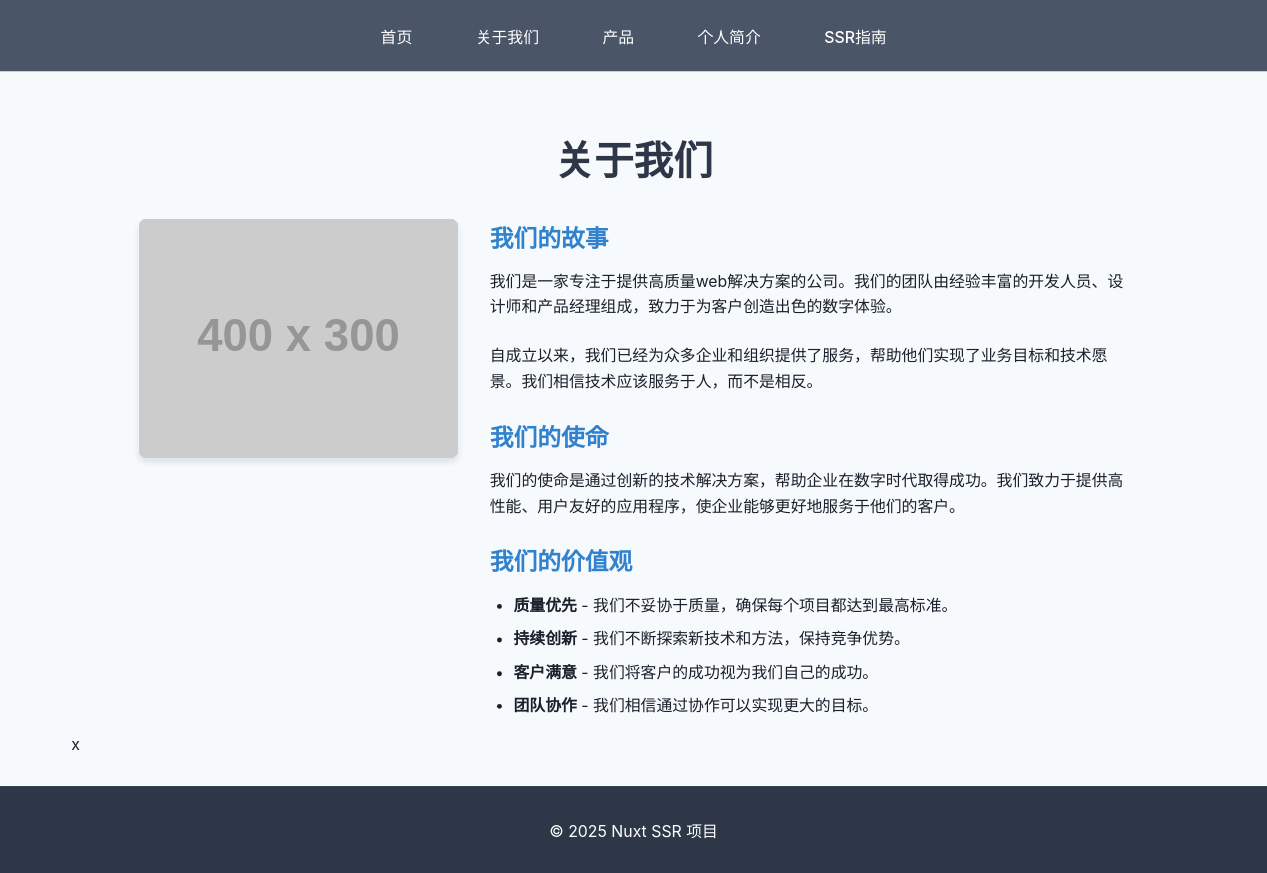
Repository: Bovia/about-me
Page: /about
These files come from the project's save history. The page is drawn as it stood at one moment and after the next save; the edit follows.
The browser window is 1280 px wide. The pictures show the whole page, at 99% of full size.
The project was rebuilt for these pictures with package versions that can differ from the ones it lists, and the page was loaded fresh each time. The framework's server and built-in components were replaced by stand-ins that run in the browser. Also part of the build but not shown: nuxt.config.ts, components/AnimatedSkillTag.vue, components/AnimationShowcase.vue, components/CertificateModal.vue, components/ContactForm.vue, components/FloatingParticles.vue, components/GitHubShowcase.vue, components/GlassNavbar.vue and 6 more.

Above is the page before, as saved 2025-06-30 13:29:58.

After the next save:
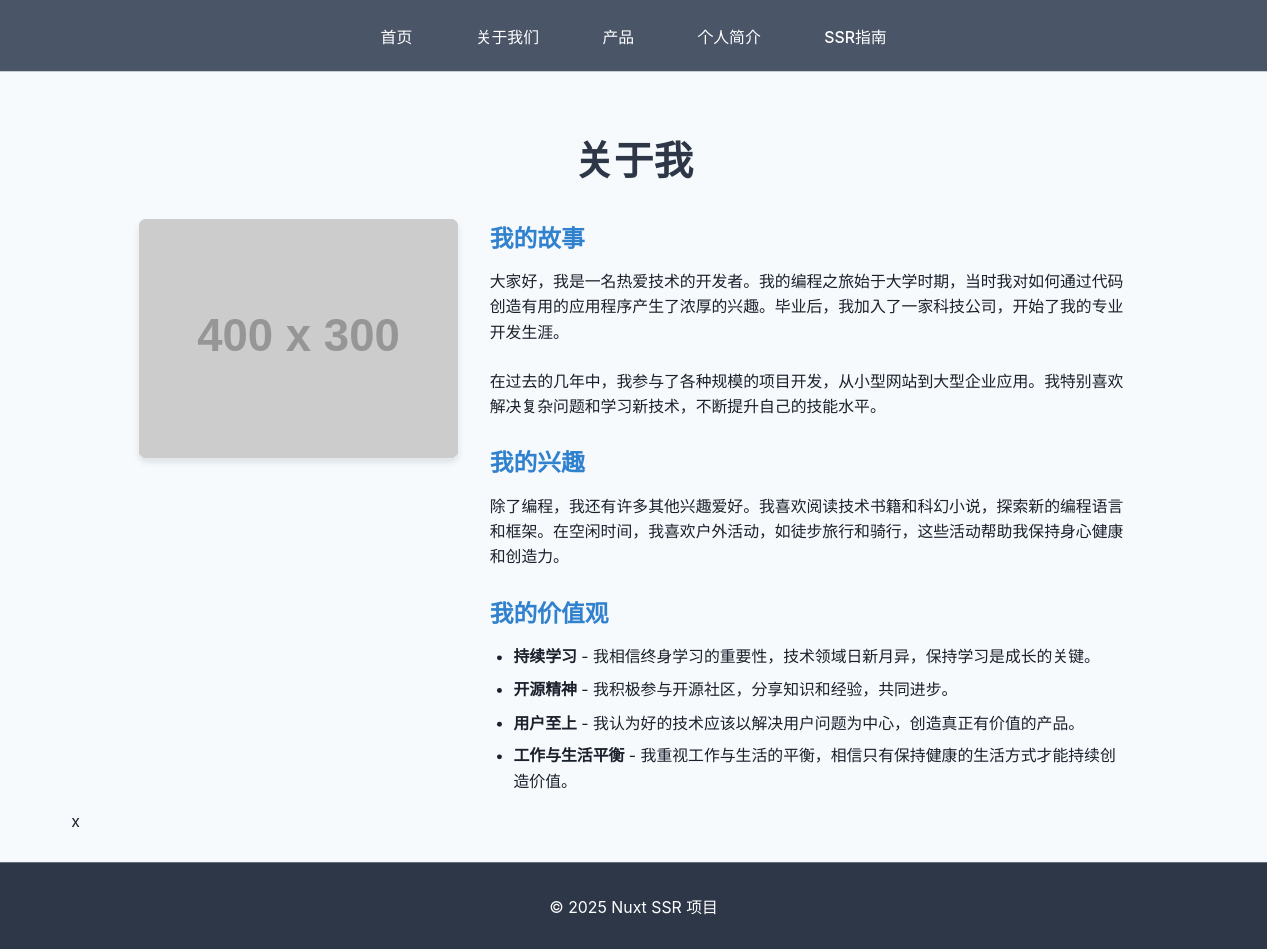
Saved 49 s later.
--- a/pages/about.vue
+++ b/pages/about.vue
@@ -1,32 +1,32 @@
 <template>
   <div class="about-page">
-    <h1>关于我们</h1>
+    <h1>关于我</h1>
 
     <div class="about-content">
       <div class="about-image">
-        <img src="https://via.placeholder.com/400x300" alt="公司图片" />
+        <img src="https://via.placeholder.com/400x300?text=个人照片" alt="我的照片" />
       </div>
 
       <div class="about-text">
-        <h2>我们的故事</h2>
+        <h2>我的故事</h2>
         <p>
-          我们是一家专注于提供高质量web解决方案的公司。我们的团队由经验丰富的开发人员、设计师和产品经理组成，致力于为客户创造出色的数字体验。
+          大家好，我是一名热爱技术的开发者。我的编程之旅始于大学时期，当时我对如何通过代码创造有用的应用程序产生了浓厚的兴趣。毕业后，我加入了一家科技公司，开始了我的专业开发生涯。
         </p>
         <p>
-          自成立以来，我们已经为众多企业和组织提供了服务，帮助他们实现了业务目标和技术愿景。我们相信技术应该服务于人，而不是相反。
+          在过去的几年中，我参与了各种规模的项目开发，从小型网站到大型企业应用。我特别喜欢解决复杂问题和学习新技术，不断提升自己的技能水平。
         </p>
 
-        <h2>我们的使命</h2>
+        <h2>我的兴趣</h2>
         <p>
-          我们的使命是通过创新的技术解决方案，帮助企业在数字时代取得成功。我们致力于提供高性能、用户友好的应用程序，使企业能够更好地服务于他们的客户。
+          除了编程，我还有许多其他兴趣爱好。我喜欢阅读技术书籍和科幻小说，探索新的编程语言和框架。在空闲时间，我喜欢户外活动，如徒步旅行和骑行，这些活动帮助我保持身心健康和创造力。
         </p>
 
-        <h2>我们的价值观</h2>
+        <h2>我的价值观</h2>
         <ul>
-          <li><strong>质量优先</strong> - 我们不妥协于质量，确保每个项目都达到最高标准。</li>
-          <li><strong>持续创新</strong> - 我们不断探索新技术和方法，保持竞争优势。</li>
-          <li><strong>客户满意</strong> - 我们将客户的成功视为我们自己的成功。</li>
-          <li><strong>团队协作</strong> - 我们相信通过协作可以实现更大的目标。</li>
+          <li><strong>持续学习</strong> - 我相信终身学习的重要性，技术领域日新月异，保持学习是成长的关键。</li>
+          <li><strong>开源精神</strong> - 我积极参与开源社区，分享知识和经验，共同进步。</li>
+          <li><strong>用户至上</strong> - 我认为好的技术应该以解决用户问题为中心，创造真正有价值的产品。</li>
+          <li><strong>工作与生活平衡</strong> - 我重视工作与生活的平衡，相信只有保持健康的生活方式才能持续创造价值。</li>
         </ul>
       </div>
     </div>
@@ -36,9 +36,9 @@
 <script setup>
 // 页面元数据
 useHead({
-  title: '关于我们 - Nuxt SSR 项目',
+  title: '关于我 - 个人网站',
   meta: [
-    { name: 'description', content: '了解我们的公司、使命和价值观' }
+    { name: 'description', content: '了解我的故事、兴趣和价值观' }
   ]
 })
 </script>
